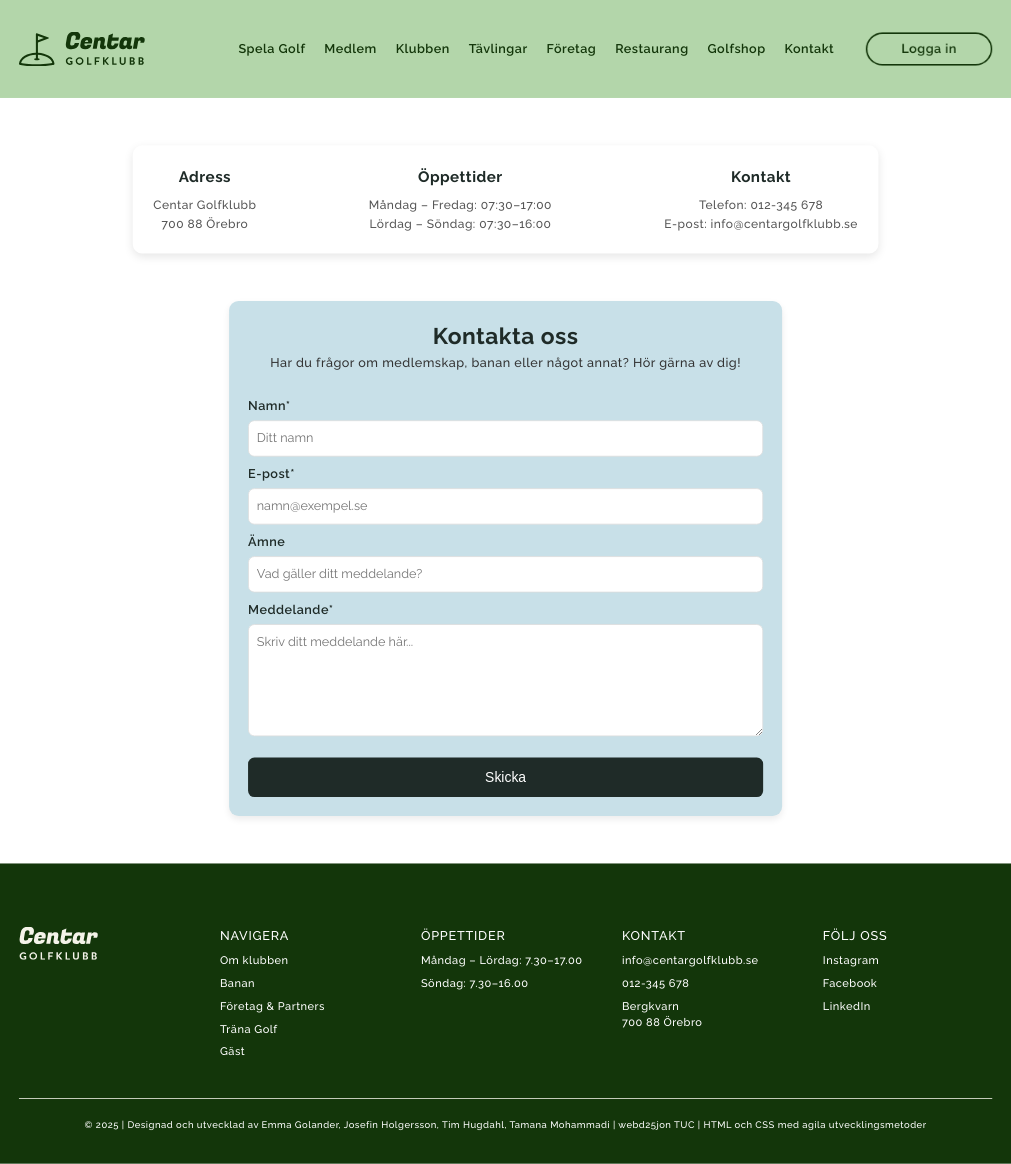
Repository: Tamana831/GolfklubbCentar
Page: kontakt.html
An editor plug-in stored every save of this project. The page is shown before and after the next save, followed by the edit.
The browser window is 1280 px wide. The pictures show the whole page, at 79% of full size.
Backgrounds fixed to the window are drawn as part of the page.

Above is the page before, as saved 2025-10-21 20:33:18.

After the next save:
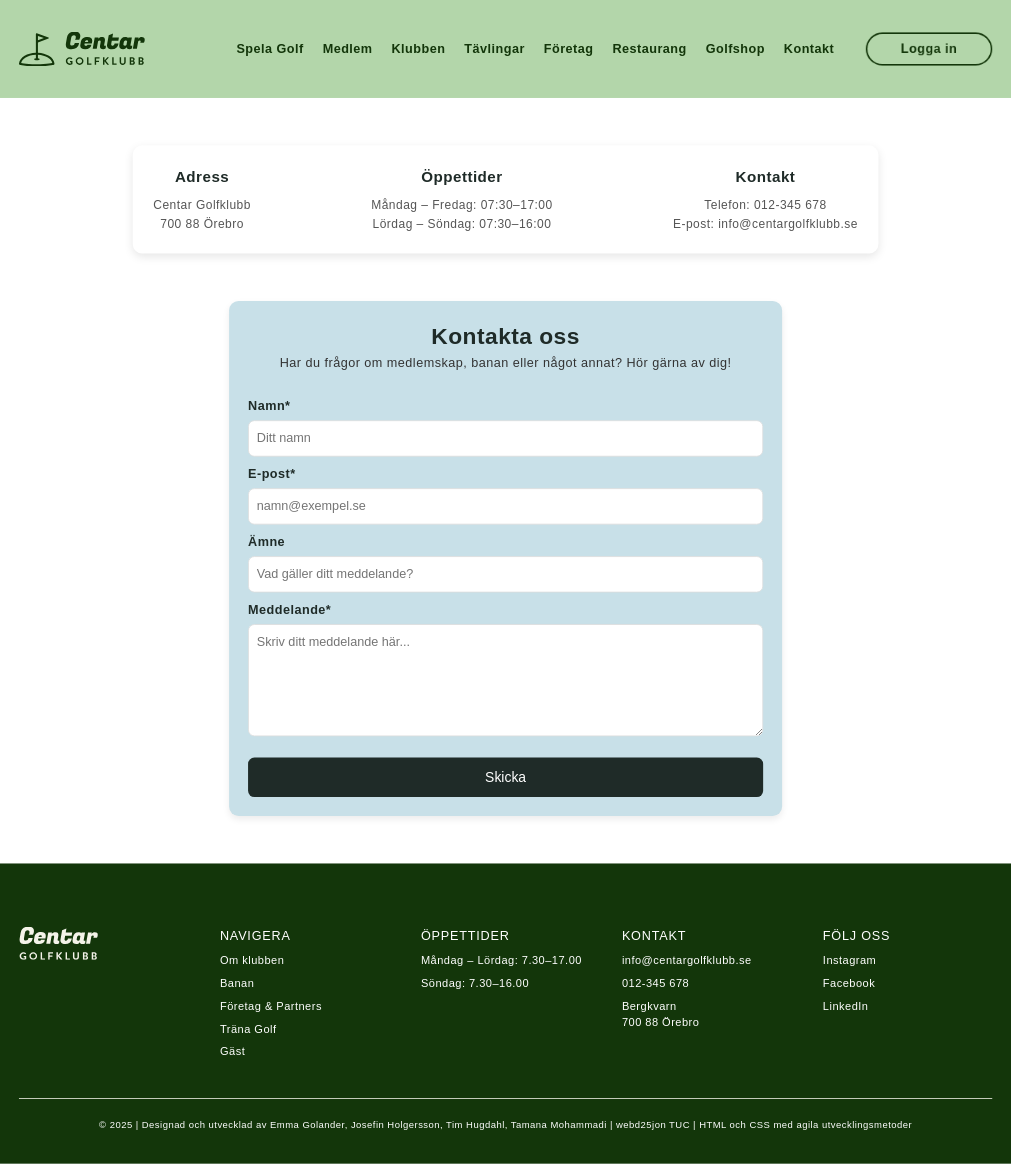
Not found: styles/golf.jpg
Saved 48 min 33 s later.
--- a/styles/kontakt.css
+++ b/styles/kontakt.css
@@ -1,3 +1,14 @@
+/* --- BODY --- */
+body {
+  font-family: Arial, sans-serif;
+  line-height: 1.6;
+  margin: 0;
+  padding: 0;
+  background-image: url('golf.jpg');
+}
+
+
+
 /* --- KONTAKT-SEKTION --- */
 .contact-wrapper {
   display: flex;
@@ -40,7 +51,7 @@
   max-width: 700px;
   margin: 60px auto;
   padding: 24px;
-  background: #C8E0E8; /* samma bakgrundsfärg som huvudboxen */
+  background: #C8E0E8;
   border-radius: 12px;
   box-shadow: 0 4px 10px rgba(0, 0, 0, 0.08);
 }

After the save that followed:
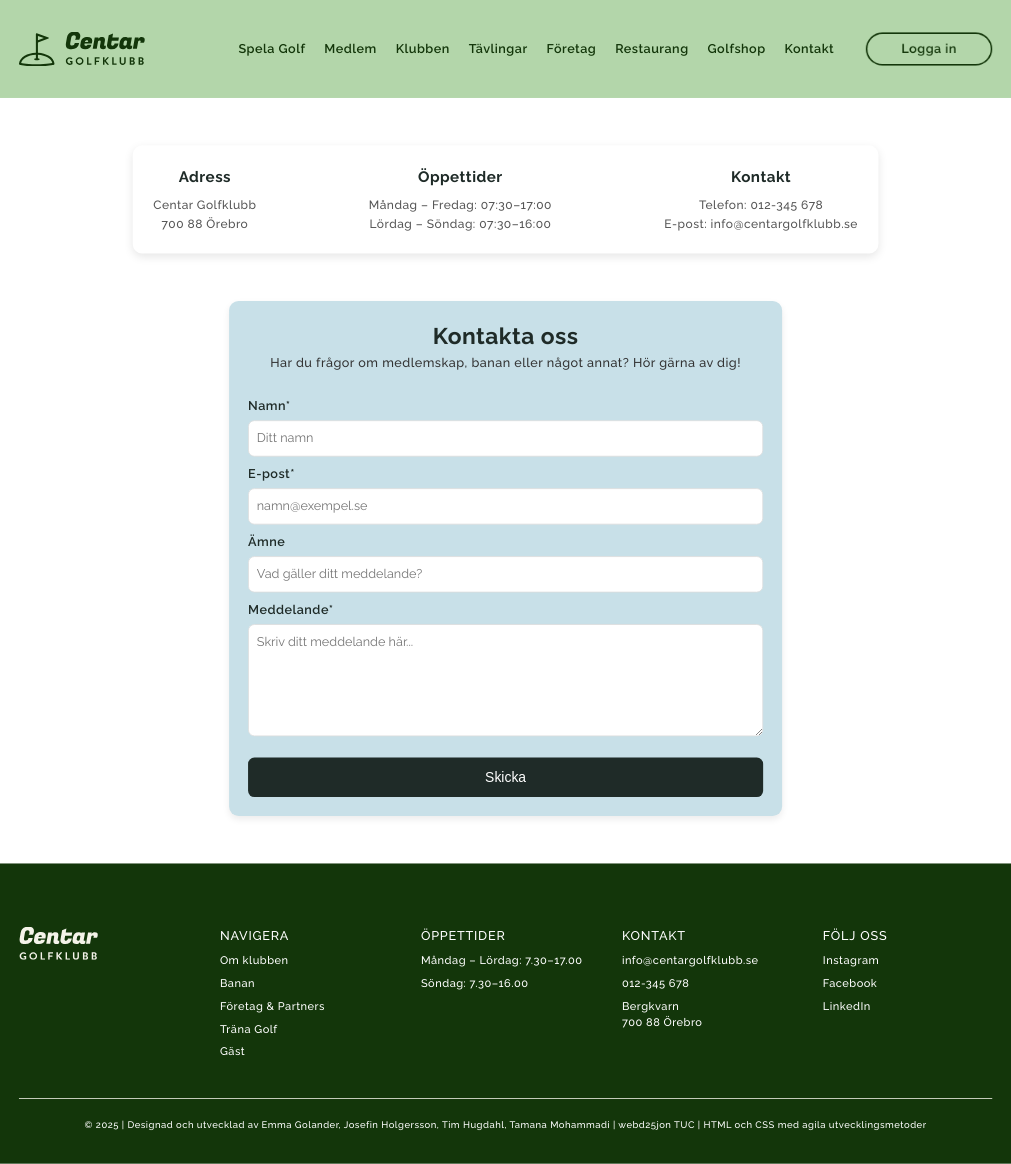
Saved 115 s later.
--- a/styles/kontakt.css
+++ b/styles/kontakt.css
@@ -1,10 +1,9 @@
 /* --- BODY --- */
 body {
-  font-family: Arial, sans-serif;
-  line-height: 1.6;
-  margin: 0;
-  padding: 0;
-  background-image: url('golf.jpg');
+   background-image: url('golf.jpg');
+    background-size: cover;
+    background-attachment: fixed;
+    background-position: center;
 }
 
 
